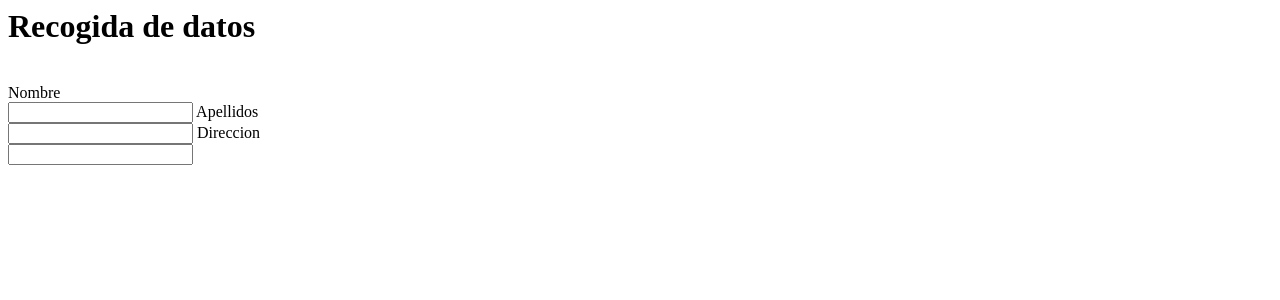
Repository: juvaga2000/eclipsetemp
Page: EjerciciosT1/src/main/webapp/WEB-INF/ejer3.html
The author's editor kept a copy of each file at every save. The page is drawn from the files as they stood at one save, then again after the next save.
The browser window is 1280 px wide. The pictures show the whole page.

Above is the page before, as saved 2022-10-03 11:52:45.

After the next save:
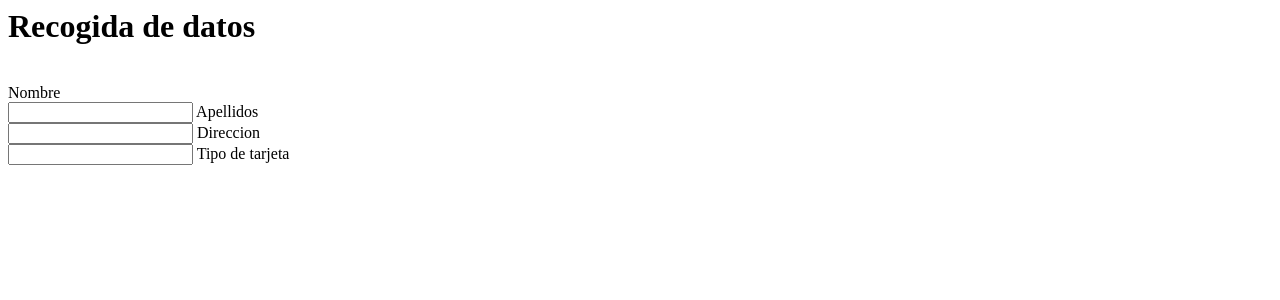
Saved 39 s later.
--- a/EjerciciosT1/src/main/webapp/WEB-INF/ejer3.html
+++ b/EjerciciosT1/src/main/webapp/WEB-INF/ejer3.html
@@ -13,6 +13,8 @@
 		<input type="text" name="nombre" value="">
 		Direccion<br>
 		<input type="text" name="nombre" value="">
+
+		Tipo de tarjeta<br>
 	</form>
 </body>
 </html>
